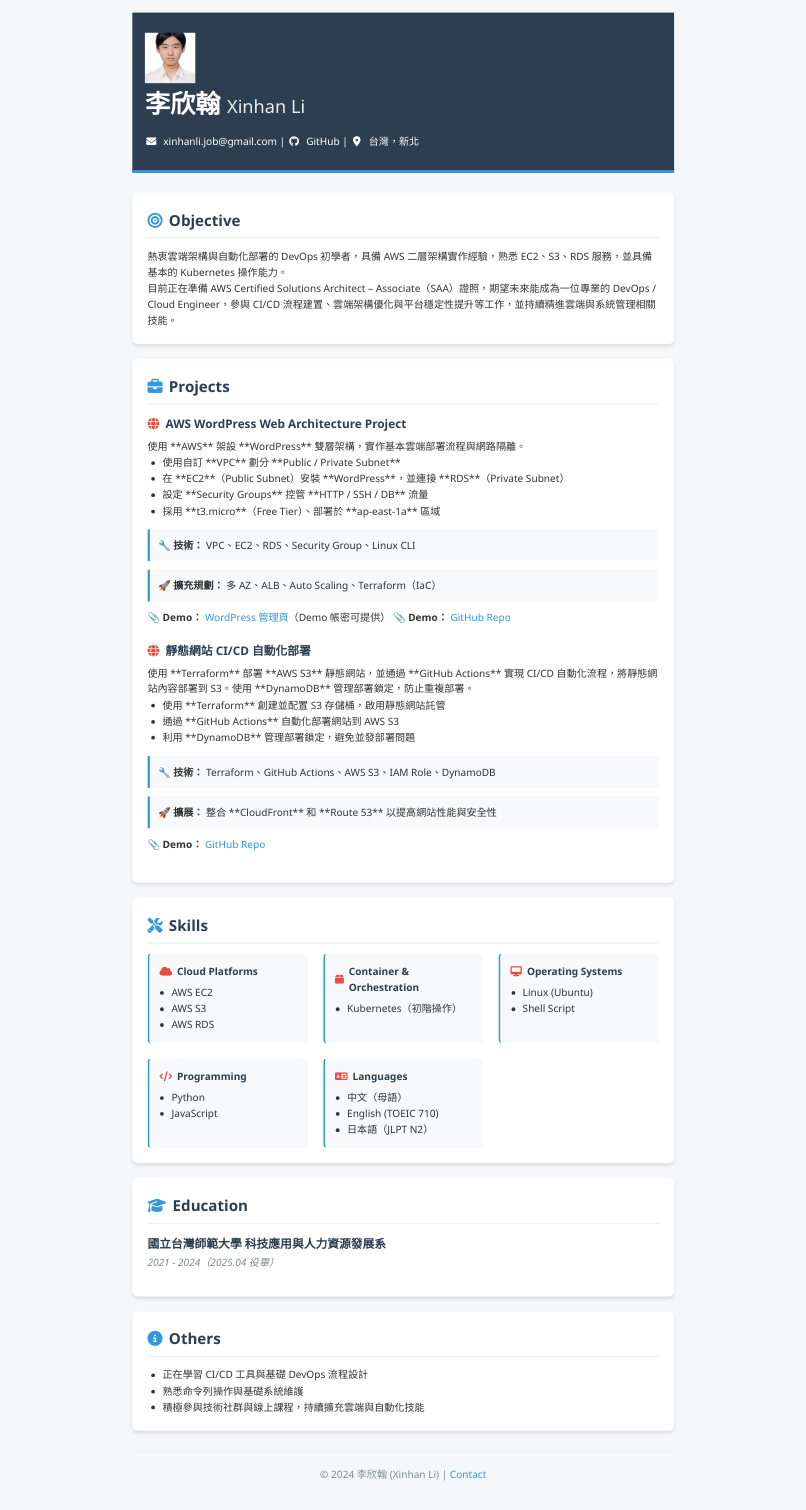
Repository: Graylee0128/aws-tf-ga-personal-website
Page: index.html
These files come from the project's save history. The page is drawn as it stood at one moment and after the next save; the edit follows.
The browser window is 1280 px wide. The pictures show the whole page, at 63% of full size.

Above is the page before, as saved 2025-04-22 12:22:37.

### index.html
<!DOCTYPE html>
<html lang="zh-TW">
<head>
    <meta charset="UTF-8">
    <meta name="viewport" content="width=device-width, initial-scale=1.0">
    <title>李欣翰 (Xinhan Li) | DevOps & Cloud Engineer</title>
    <link rel="stylesheet" href="/styles/styles.css">
    <link rel="stylesheet" href="https://cdnjs.cloudflare.com/ajax/libs/font-awesome/6.4.0/css/all.min.css">
</head>
<body>
    <div class="container">
        <header>
            <div class="header-content">
                <div class="avatar-container" style="width:80px; height:80px;">
                    <img src="/images/head.JPG" alt="大頭" style="width:100%; height:100%; object-fit:cover;">
                </div>
                <h1>李欣翰 <span class="en-name">Xinhan Li</span></h1>
                <div class="contact-info">
                    <p><i class="fas fa-envelope"></i> <a href="mailto:xinhanli.job@gmail.com">xinhanli.job@gmail.com</a> |
                    <i class="fab fa-github"></i> <a href="https://github.com/yourusername" target="_blank">GitHub</a> |
                    <i class="fas fa-map-marker-alt"></i> 台灣，新北</p>
                </div>
            </div>
        </header>

        <main>
            <section class="card">
                <h2><i class="fas fa-bullseye"></i> Objective</h2>
                <p>熱衷雲端架構與自動化部署的 DevOps 初學者，具備 AWS 二層架構實作經驗，熟悉 EC2、S3、RDS 服務，並具備基本的 Kubernetes 操作能力。</p>
                <p>目前正在準備 AWS Certified Solutions Architect – Associate（SAA）證照，期望未來能成為一位專業的 DevOps / Cloud Engineer，參與 CI/CD 流程建置、雲端架構優化與平台穩定性提升等工作，並持續精進雲端與系統管理相關技能。</p>
            </section>

            <section class="card">
                <h2><i class="fas fa-briefcase"></i> Projects</h2>

                <div class="project">
                    <h3><i class="fas fa-globe"></i> AWS WordPress Web Architecture Project</h3>
                    <p>使用 **AWS** 架設 **WordPress** 雙層架構，實作基本雲端部署流程與網路隔離。</p>
                    <ul>
                        <li>使用自訂 **VPC** 劃分 **Public / Private Subnet**</li>
                        <li>在 **EC2**（Public Subnet）安裝 **WordPress**，並連接 **RDS**（Private Subnet）</li>
                        <li>設定 **Security Groups** 控管 **HTTP / SSH / DB** 流量</li>
                        <li>採用 **t3.micro**（Free Tier）、部署於 **ap-east-1a** 區域</li>
                    </ul>
                    <div class="tech-box">
                        <strong>🔧 技術：</strong> VPC、EC2、RDS、Security Group、Linux CLI
                    </div>
                    <div class="tech-box">
                        <strong>🚀 擴充規劃：</strong> 多 AZ、ALB、Auto Scaling、Terraform（IaC）
                    </div>
                    <div class="demo-link">
                        <strong>📎 Demo：</strong> <a href="http://18.162.194.92/wp-admin/" target="_blank">WordPress 管理頁</a>（Demo 帳密可提供）
                        <strong>📎 Demo：</strong> <a href="https://github.com/Graylee0128/aws-web-project" target="_blank">GitHub Repo</a>
                    </div>
                </div>

                <div class="project">
                    <h3><i class="fas fa-globe"></i> 靜態網站 CI/CD 自動化部署</h3>
                    <p>使用 **Terraform** 部署 **AWS S3** 靜態網站，並通過 **GitHub Actions** 實現 CI/CD 自動化流程，將靜態網站內容部署到 S3。使用 **DynamoDB** 管理部署鎖定，防止重複部署。</p>
                    <ul>
                        <li>使用 **Terraform** 創建並配置 S3 存儲桶，啟用靜態網站託管</li>
                        <li>通過 **GitHub Actions** 自動化部署網站到 AWS S3</li>
                        <li>利用 **DynamoDB** 管理部署鎖定，避免並發部署問題</li>
                    </ul>
                    <div class="tech-box">
                        <strong>🔧 技術：</strong> Terraform、GitHub Actions、AWS S3、IAM Role、DynamoDB
                    </div>
                    <div class="tech-box">
                        <strong>🚀 擴展：</strong> 整合 **CloudFront** 和 **Route 53** 以提高網站性能與安全性
                    </div>
                    <div class="demo-link">
                        <strong>📎 Demo：</strong> <a href="https://github.com/Graylee0128/aws-tf-ga-personal-website" target="_blank">GitHub Repo</a>
                    </div>
                </div>
            </section>

            <section class="card">
                <h2><i class="fas fa-tools"></i> Skills</h2>
                <div class="skills-container">
                    <div class="skill-category">
                        <h4><i class="fas fa-cloud"></i> Cloud Platforms</h4>
                        <ul>
                            <li>AWS EC2</li>
                            <li>AWS S3</li>
                            <li>AWS RDS</li>
                        </ul>
                    </div>
                    <div class="skill-category">
                        <h4><i class="fas fa-box"></i> Container & Orchestration</h4>
                        <ul>
                            <li>Kubernetes（初階操作）</li>
                        </ul>
                    </div>
                    <div class="skill-category">
                        <h4><i class="fas fa-desktop"></i> Operating Systems</h4>
                        <ul>
                            <li>Linux (Ubuntu)</li>
                            <li>Shell Script</li>
                        </ul>
                    </div>
                    <div class="skill-category">
                        <h4><i class="fas fa-code"></i> Programming</h4>
                        <ul>
                            <li>Python</li>
                            <li>JavaScript</li>
                        </ul>
                    </div>
                    <div class="skill-category">
                        <h4><i class="fas fa-language"></i> Languages</h4>
                        <ul>
                            <li>中文（母語）</li>
                            <li>English (TOEIC 710)</li>
                            <li>日本語（JLPT N2）</li>
                        </ul>
                    </div>
                </div>
            </section>

            <section class="card">
                <h2><i class="fas fa-graduation-cap"></i> Education</h2>
                <div class="education-item">
                    <h3>國立台灣師範大學 科技應用與人力資源發展系</h3>
                    <p class="date">2021 - 2024（2025.04 役畢）</p>
                </div>
            </section>

            <section class="card">
                <h2><i class="fas fa-info-circle"></i> Others</h2>
                <ul class="others-list">
                    <li>正在學習 CI/CD 工具與基礎 DevOps 流程設計</li>
                    <li>熟悉命令列操作與基礎系統維護</li>
                    <li>積極參與技術社群與線上課程，持續擴充雲端與自動化技能</li>
                </ul>
            </section>
        </main>

        <footer>
            <p>© 2024 李欣翰 (Xinhan Li) | <a href="mailto:xinhanli.job@gmail.com">Contact</a></p>
        </footer>
    </div>
</body>
</html>

### styles/styles.css
/* Base Styles */
:root {
    --primary-color: #3498db;
    --secondary-color: #2c3e50;
    --accent-color: #e74c3c;
    --light-color: #ecf0f1;
    --dark-color: #2c3e50;
    --text-color: #333;
    --text-light: #7f8c8d;
    --card-shadow: 0 4px 6px rgba(0, 0, 0, 0.1);
    --transition: all 0.3s ease;
}

* {
    margin: 0;
    padding: 0;
    box-sizing: border-box;
}

body {
    font-family: 'Segoe UI', Tahoma, Geneva, Verdana, sans-serif;
    line-height: 1.6;
    color: var(--text-color);
    background-color: #f5f7fa;
    padding: 0;
    margin: 0;
}

.container {
    max-width: 900px;
    margin: 0 auto;
    padding: 20px;
}

/* Header Styles */
header {
    background-color: var(--secondary-color);
    color: white;
    padding: 2rem 0;
    margin-bottom: 2rem;
    border-bottom: 4px solid var(--primary-color);
}

.header-content {
    max-width: 900px;
    margin: 0 auto;
    padding: 0 20px;
}

h1 {
    font-size: 2.5rem;
    margin-bottom: 0.5rem;
}

.en-name {
    font-weight: normal;
    font-size: 1.8rem;
    opacity: 0.9;
}

.contact-info {
    margin-top: 1rem;
}

.contact-info a {
    color: white;
    text-decoration: none;
    transition: var(--transition);
}

.contact-info a:hover {
    color: var(--primary-color);
}

.contact-info i {
    margin-right: 5px;
    width: 20px;
    text-align: center;
}

/* Card Styles */
.card {
    background: white;
    border-radius: 8px;
    padding: 1.5rem;
    margin-bottom: 1.5rem;
    box-shadow: var(--card-shadow);
    transition: var(--transition);
}

.card:hover {
    transform: translateY(-5px);
    box-shadow: 0 10px 20px rgba(0, 0, 0, 0.1);
}

.card h2 {
    color: var(--secondary-color);
    margin-bottom: 1rem;
    padding-bottom: 0.5rem;
    border-bottom: 2px solid var(--light-color);
    display: flex;
    align-items: center;
}

.card h2 i {
    margin-right: 10px;
    color: var(--primary-color);
}

/* Project Styles */
.project {
    margin-bottom: 1.5rem;
}

.project h3 {
    color: var(--dark-color);
    margin-bottom: 0.5rem;
    display: flex;
    align-items: center;
}

.project h3 i {
    margin-right: 10px;
    color: var(--accent-color);
}

.project ul {
    margin-left: 1.5rem;
    margin-bottom: 1rem;
}

.tech-box {
    background-color: #f8f9fa;
    border-left: 4px solid var(--primary-color);
    padding: 0.8rem;
    margin: 0.8rem 0;
    border-radius: 0 4px 4px 0;
}

.demo-link {
    margin-top: 0.8rem;
}

.demo-link a {
    color: var(--primary-color);
    text-decoration: none;
    font-weight: 500;
}

.demo-link a:hover {
    text-decoration: underline;
}

/* Skills Styles */
.skills-container {
    display: grid;
    grid-template-columns: repeat(auto-fill, minmax(200px, 1fr));
    gap: 1.5rem;
    margin-top: 1rem;
}

.skill-category {
    background-color: #f8f9fa;
    padding: 1rem;
    border-radius: 6px;
    border-left: 3px solid var(--primary-color);
}

.skill-category h4 {
    color: var(--secondary-color);
    margin-bottom: 0.5rem;
    display: flex;
    align-items: center;
}

.skill-category h4 i {
    margin-right: 8px;
    color: var(--accent-color);
}

.skill-category ul {
    margin-left: 1.2rem;
}

/* Education Styles */
.education-item {
    margin-bottom: 1rem;
}

.education-item h3 {
    color: var(--dark-color);
    margin-bottom: 0.2rem;
}

.date {
    color: var(--text-light);
    font-style: italic;
}

/* Others Styles */
.others-list {
    margin-left: 1.5rem;
}

/* Footer Styles */
footer {
    text-align: center;
    padding: 1.5rem 0;
    margin-top: 2rem;
    color: var(--text-light);
    border-top: 1px solid #eee;
}

footer a {
    color: var(--primary-color);
    text-decoration: none;
}

footer a:hover {
    text-decoration: underline;
}

/* Responsive Design */
@media (max-width: 768px) {
    .skills-container {
        grid-template-columns: 1fr;
    }

    h1 {
        font-size: 2rem;
    }

    .en-name {
        font-size: 1.4rem;
    }

    .header-content, .container {
        padding: 0 15px;
    }
}

@media (max-width: 480px) {
    .contact-info p {
        font-size: 0.9rem;
    }
}


.download-btn-container {
    margin-top: 10px;
}

.download-btn {
    background-color: #4CAF50; /* 綠色背景 */
    color: white; /* 白色文字 */
    border: none; /* 去掉邊框 */
    padding: 10px 20px; /* 上下 10px，左右 20px */
    text-align: center; /* 文字居中 */
    text-decoration: none; /* 去掉底線 */
    display: inline-block; /* 使按鈕並排顯示 */
    font-size: 16px; /* 字體大小 */
    cursor: pointer; /* 鼠標為指針狀 */
    border-radius: 5px; /* 圓角 */
    transition: background-color 0.3s ease; /* 滑鼠懸停顏色變換效果 */
}

.download-btn:hover {
    background-color: #45a049; /* 滑鼠懸停時顏色變深 */
}

After the next save:
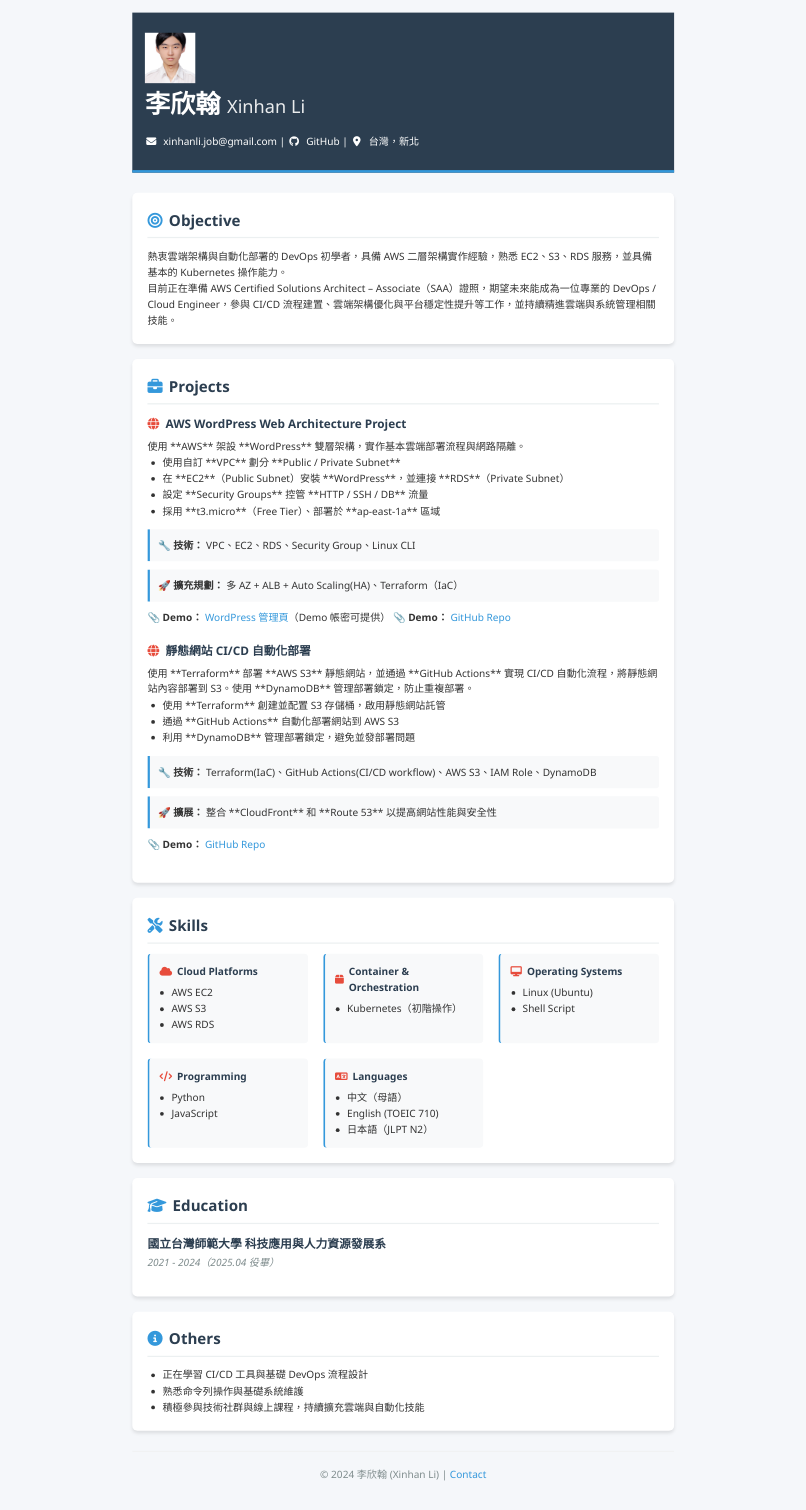
Saved 53 s later.
--- a/index.html
+++ b/index.html
@@ -46,7 +46,7 @@
                         <strong>🔧 技術：</strong> VPC、EC2、RDS、Security Group、Linux CLI
                     </div>
                     <div class="tech-box">
-                        <strong>🚀 擴充規劃：</strong> 多 AZ、ALB、Auto Scaling、Terraform（IaC）
+                        <strong>🚀 擴充規劃：</strong> 多 AZ + ALB + Auto Scaling(HA)、Terraform（IaC）
                     </div>
                     <div class="demo-link">
                         <strong>📎 Demo：</strong> <a href="http://18.162.194.92/wp-admin/" target="_blank">WordPress 管理頁</a>（Demo 帳密可提供）
@@ -63,7 +63,7 @@
                         <li>利用 **DynamoDB** 管理部署鎖定，避免並發部署問題</li>
                     </ul>
                     <div class="tech-box">
-                        <strong>🔧 技術：</strong> Terraform、GitHub Actions、AWS S3、IAM Role、DynamoDB
+                        <strong>🔧 技術：</strong> Terraform(IaC)、GitHub Actions(CI/CD workflow)、AWS S3、IAM Role、DynamoDB
                     </div>
                     <div class="tech-box">
                         <strong>🚀 擴展：</strong> 整合 **CloudFront** 和 **Route 53** 以提高網站性能與安全性
